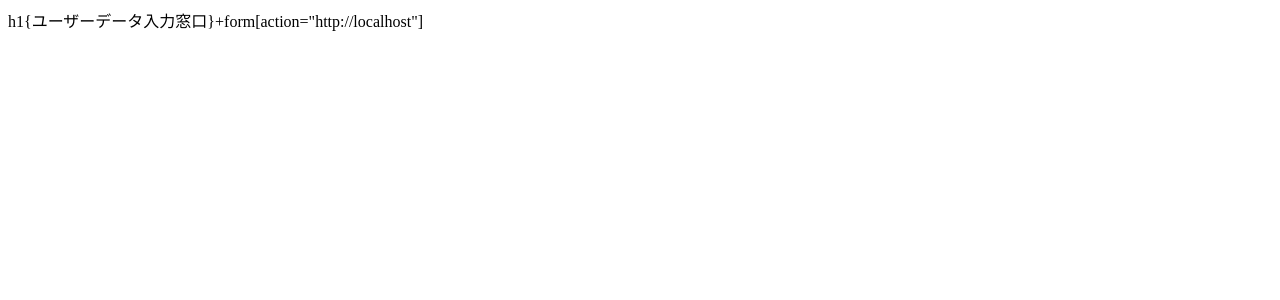
Repository: isopets/next-market
Page: form2.html
An editor plug-in stored every save of this project. The page is shown before and after a run of saves, followed by the edit.
The browser window is 1280 px wide. The pictures show the whole page.

Above is the page before, as saved 2022-06-08 00:47:06.

After the next 2 saves:
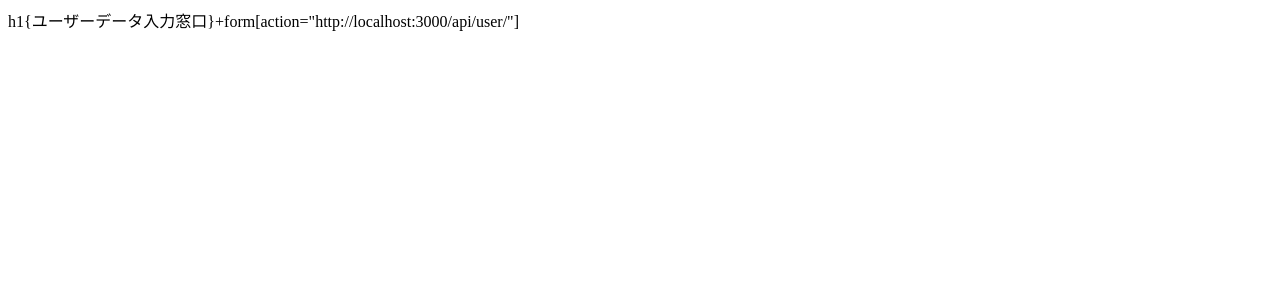
The 2 saves are shown as one change because they came seconds apart.
The last was saved 9 s later.
--- a/form2.html
+++ b/form2.html
@@ -9,7 +9,7 @@
 </head>
 
 <body>
-    h1{ユーザーデータ入力窓口}+form[action="http://localhost"]
+    h1{ユーザーデータ入力窓口}+form[action="http://localhost:3000/api/user/"]
 </body>
 
 </html>
